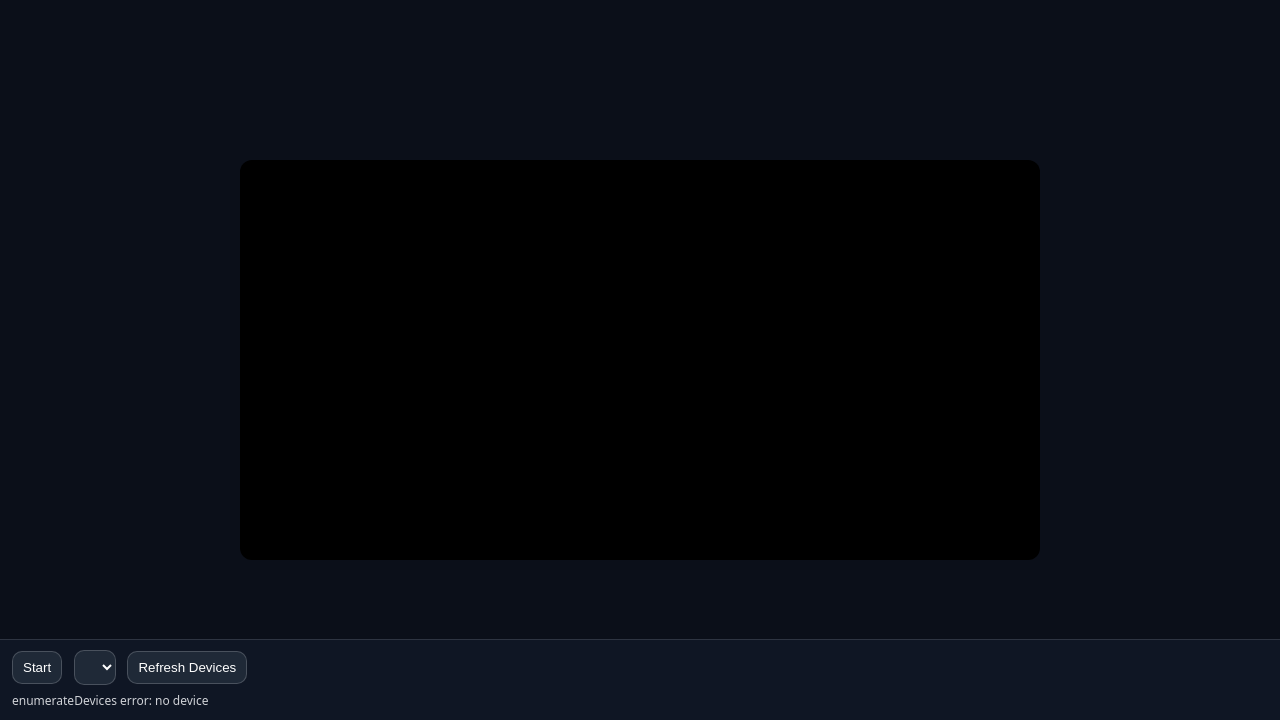
Repository: gghsoftware/Airplane
Page: obj_viewer.html
The author's editor kept a copy of each file at every save. The page is drawn from the files as they stood at one save, then again after the next save.
The browser window is 1280 px wide. The pictures show the whole page.

Above is the page before, as saved 2025-11-04 14:28:40.

After the next save:
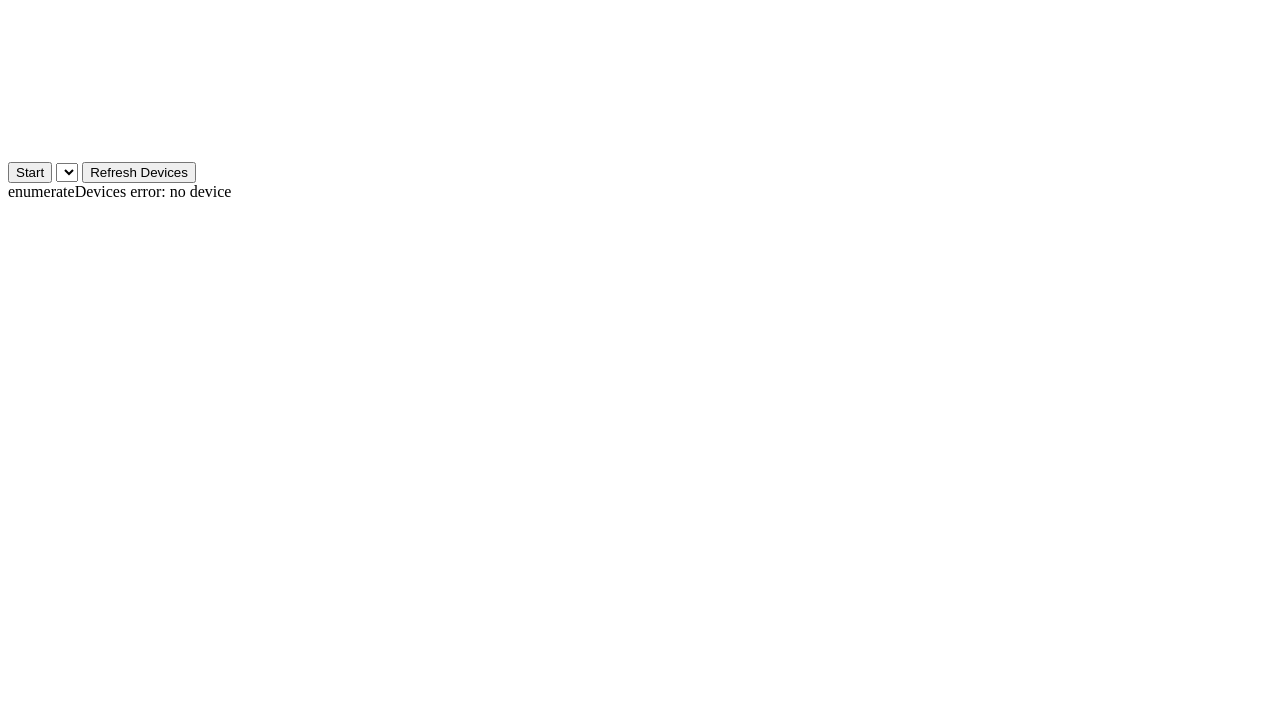
Saved 107 s later.
--- a/obj_viewer.html
+++ b/obj_viewer.html
@@ -5,59 +5,7 @@
 <meta name="viewport" content="width=device-width,initial-scale=1" />
 <title>Camera + Colored OBJ Airplane</title>
 <style>
-  html,body{
-    height:100%;
-    margin:0;
-    background:#0b0f19;
-    color:#e5e7eb;
-    font:14px/1.4 system-ui;
-  }
-  #wrap{
-    display:grid;
-    place-items:center;
-    height:100%;
-  }
-  #videoContainer{
-    position:relative;
-    width:min(96vw,800px);
-  }
-  #videoContainer video,
-  #videoContainer canvas{
-    width:100%;
-    height:auto;
-    background:#000;
-    border-radius:12px;
-    display:block;
-  }
-  #three{
-    position:absolute;
-    left:0;
-    top:0;
-    opacity:0;
-    transition:opacity .3s;
-    pointer-events:none;
-  }
-  #ui{
-    position:fixed;
-    inset:auto 0 0 0;
-    padding:10px 12px;
-    background:#111827cc;
-    border-top:1px solid #ffffff22;
-  }
-  button,select{
-    background:#1f2937;
-    border:1px solid #ffffff30;
-    color:#fff;
-    border-radius:10px;
-    padding:8px 10px;
-    margin-right:8px;
-  }
-  #log{
-    white-space:pre-wrap;
-    margin-top:8px;
-    font-size:12px;
-    opacity:.9;
-  }
+
 </style>
 </head>
 <body>
